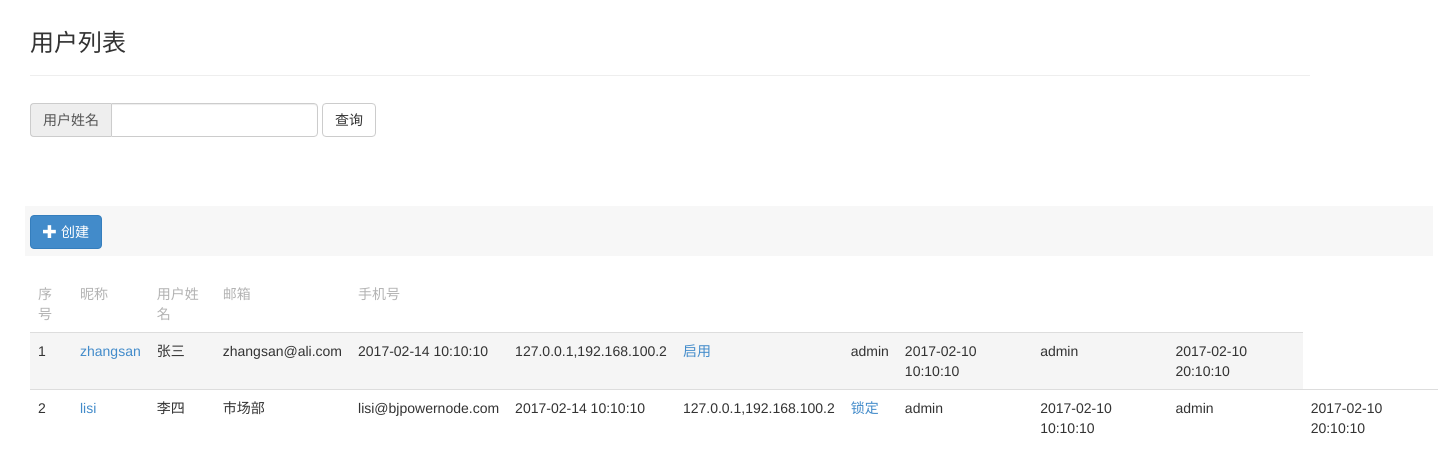
Repository: yangxshn/hsf
Page: hsf/user_consumer/src/main/webapp/index.html
These files come from the project's save history. The page is drawn as it stood at one moment and after the next save; the edit follows.
The browser window is 1280 px wide. The page is 1438 px wide, so the pictures cover 1438 px, including what lies to the right of the window. The pictures show the whole page.

Above is the page before, as saved 2017-09-29 06:49:57.

### hsf/user_consumer/src/main/webapp/index.html
<!DOCTYPE html>
<html>
<head>
<meta charset="UTF-8">
<link href="static/bootstrap_3.3.0/css/bootstrap.min.css" type="text/css" rel="stylesheet" />

<script type="text/javascript" src="static/jquery-1.11.1-min.js"></script>
<script type="text/javascript" src="static/bootstrap_3.3.0/js/bootstrap.min.js"></script>
</head>
<body>

	<!-- 创建用户的模态窗口 -->
	<div class="modal fade" id="createUserModal" role="dialog">
		<div class="modal-dialog" role="document" style="width: 90%;">
			<div class="modal-content">
				<div class="modal-header">
					<button type="button" class="close" data-dismiss="modal">
						<span aria-hidden="true">×</span>
					</button>
					<h4 class="modal-title" id="myModalLabel">新增用户</h4>
				</div>
				<div class="modal-body">

					<form class="form-horizontal" role="form">

						<div class="form-group">
							<label for="create-loginActNo" class="col-sm-2 control-label">登录帐号<span style="font-size: 15px; color: red;">*</span></label>
							<div class="col-sm-10" style="width: 300px;">
								<input type="text" class="form-control" id="create-loginActNo">
							</div>
							<label for="create-username" class="col-sm-2 control-label">用户姓名</label>
							<div class="col-sm-10" style="width: 300px;">
								<input type="text" class="form-control" id="create-username">
							</div>
						</div>
						<div class="form-group">
							<label for="create-loginPwd" class="col-sm-2 control-label">登录密码<span style="font-size: 15px; color: red;">*</span></label>
							<div class="col-sm-10" style="width: 300px;">
								<input type="password" class="form-control" id="create-loginPwd">
							</div>
							<label for="create-confirmPwd" class="col-sm-2 control-label">确认密码<span style="font-size: 15px; color: red;">*</span></label>
							<div class="col-sm-10" style="width: 300px;">
								<input type="password" class="form-control" id="create-confirmPwd">
							</div>
						</div>
						<div class="form-group">
							<label for="create-email" class="col-sm-2 control-label">邮箱</label>
							<div class="col-sm-10" style="width: 300px;">
								<input type="text" class="form-control" id="create-email">
							</div>
							<label for="create-expireTime" class="col-sm-2 control-label">失效时间</label>
							<div class="col-sm-10" style="width: 300px;">
								<input type="text" class="form-control" id="create-expireTime">
							</div>
						</div>
						<div class="form-group">
							<label for="create-lockStatus" class="col-sm-2 control-label">锁定状态</label>
							<div class="col-sm-10" style="width: 300px;">
								<select class="form-control" id="create-lockStatus">
								  <option></option>
								  <option>启用</option>
								  <option>锁定</option>
								</select>
							</div>
							<label for="create-org" class="col-sm-2 control-label">部门<span style="font-size: 15px; color: red;">*</span></label>
							<div class="col-sm-10" style="width: 300px;">
								<input type="text" class="form-control" id="create-org" placeholder="输入部门名称，自动补全">
							</div>
						</div>
						<div class="form-group">
							<label for="create-allowIps" class="col-sm-2 control-label">允许访问的IP</label>
							<div class="col-sm-10" style="width: 300px;">
								<input type="text" class="form-control" id="create-allowIps" style="width: 280%" placeholder="多个用逗号隔开">
							</div>
						</div>
					</form>
				</div>
				<div class="modal-footer">
				<button type="button" class="btn btn-primary" data-dismiss="modal">保存</button>
					<button type="button" class="btn btn-default" data-dismiss="modal">关闭</button>
				</div>
			</div>
		</div>
	</div>


	<div>
		<div style="position: relative; left: 30px; top: -10px;">
			<div class="page-header">
				<h3>用户列表</h3>
			</div>
		</div>
	</div>

	<div class="btn-toolbar" role="toolbar" style="position: relative; height: 80px; left: 30px; top: -10px;">
		<form class="form-inline" role="form" style="position: relative;top: 8%; left: 5px;">

		  <div class="form-group">
		    <div class="input-group">
		      <div class="input-group-addon">用户姓名</div>
		      <input class="form-control" type="text">
		    </div>
		  </div>

		  <button type="submit" class="btn btn-default">查询</button>

		</form>
	</div>


	<div class="btn-toolbar" role="toolbar" style="background-color: #F7F7F7; height: 50px; position: relative;left: 30px; width: 110%; top: 20px;">
		<div class="btn-group" style="position: relative; top: 18%;">
		  <button type="button" class="btn btn-primary" data-toggle="modal" data-target="#createUserModal"><span class="glyphicon glyphicon-plus"></span> 创建</button>
		</div>
	</div>

	<div style="position: relative; left: 30px; top: 40px; width: 110%">
		<table class="table table-hover">
			<thead>
				<tr style="color: #B3B3B3;">
					<td>序号</td>
					<td>昵称</td>
					<td>用户姓名</td>
					<td>邮箱</td>
					<td>手机号</td>
				</tr>
			</thead>
			<tbody>
				<tr class="active">
					<td>1</td>
					<td><a  href="detail.html">zhangsan</a></td>
					<td>张三</td>
					<td>zhangsan@ali.com</td>
					<td>2017-02-14 10:10:10</td>
					<td>127.0.0.1,192.168.100.2</td>
					<td><a href="javascript:void(0);" onclick="window.confirm('您确定要锁定该用户吗？');" style="text-decoration: none;">启用</a></td>
					<td>admin</td>
					<td>2017-02-10 10:10:10</td>
					<td>admin</td>
					<td>2017-02-10 20:10:10</td>
				</tr>
				<tr>
					<td>2</td>
					<td><a  href="detail.html">lisi</a></td>
					<td>李四</td>
					<td>市场部</td>
					<td>lisi@bjpowernode.com</td>
					<td>2017-02-14 10:10:10</td>
					<td>127.0.0.1,192.168.100.2</td>
					<td><a href="javascript:void(0);" onclick="window.confirm('您确定要启用该用户吗？');" style="text-decoration: none;">锁定</a></td>
					<td>admin</td>
					<td>2017-02-10 10:10:10</td>
					<td>admin</td>
					<td>2017-02-10 20:10:10</td>
				</tr>
			</tbody>
		</table>
	</div>

</body>
</html>

Loaded but not shown: hsf/user_consumer/src/main/webapp/static/bootstrap_3.3.0/css/bootstrap.min.css (library); hsf/user_consumer/src/main/webapp/static/jquery-1.11.1-min.js (library); hsf/user_consumer/src/main/webapp/static/bootstrap_3.3.0/js/bootstrap.min.js (library)

After the next save:
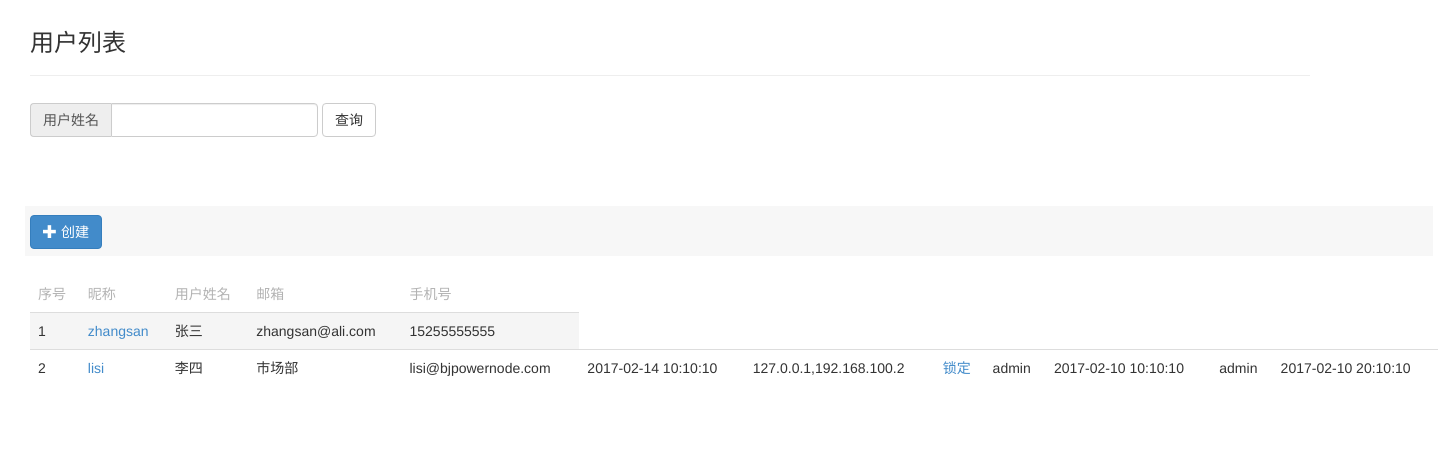
Saved 18 s later.
--- a/hsf/user_consumer/src/main/webapp/index.html
+++ b/hsf/user_consumer/src/main/webapp/index.html
@@ -131,13 +131,7 @@
 					<td><a  href="detail.html">zhangsan</a></td>
 					<td>张三</td>
 					<td>zhangsan@ali.com</td>
-					<td>2017-02-14 10:10:10</td>
-					<td>127.0.0.1,192.168.100.2</td>
-					<td><a href="javascript:void(0);" onclick="window.confirm('您确定要锁定该用户吗？');" style="text-decoration: none;">启用</a></td>
-					<td>admin</td>
-					<td>2017-02-10 10:10:10</td>
-					<td>admin</td>
-					<td>2017-02-10 20:10:10</td>
+					<td>15255555555</td>
 				</tr>
 				<tr>
 					<td>2</td>
